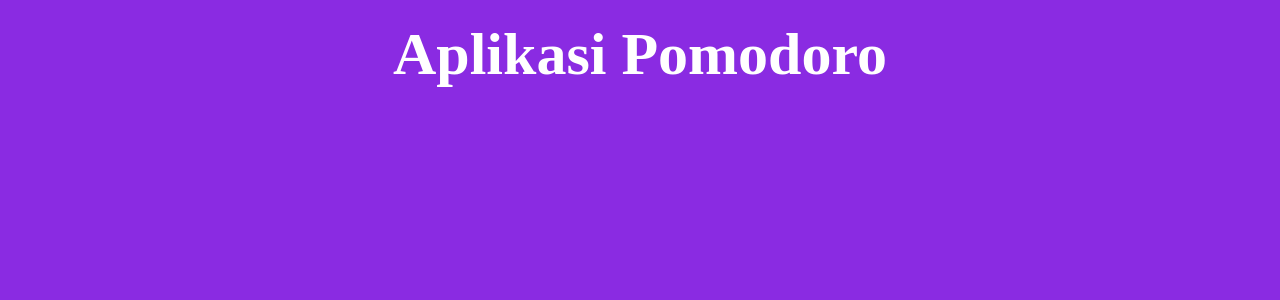
Repository: sellayspy/aplikasiPomodoro
Page: /
An editor plug-in stored every save of this project. The page is shown before and after the next save, followed by the edit.
The browser window is 1280 px wide. The pictures show the whole page.
The project was rebuilt for these pictures with package versions that can differ from the ones it lists, and the page was loaded fresh each time. Also part of the build but not shown: vite.config.js.

Above is the page before, as saved 2024-11-25 13:06:04.

After the next save:
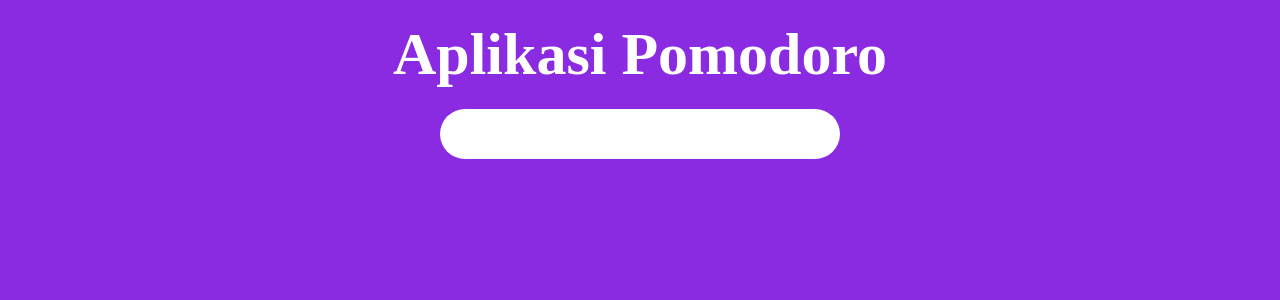
Saved 66 s later.
--- a/src/components/Judul.jsx
+++ b/src/components/Judul.jsx
@@ -8,4 +8,8 @@ export default Judul;
 
 const JudulContainer = styled.div`
   background: white;
+  height: 5rem;
+  width: 40rem;
+  margin: 0 auto;
+  border-radius: 5rem;
 `;
